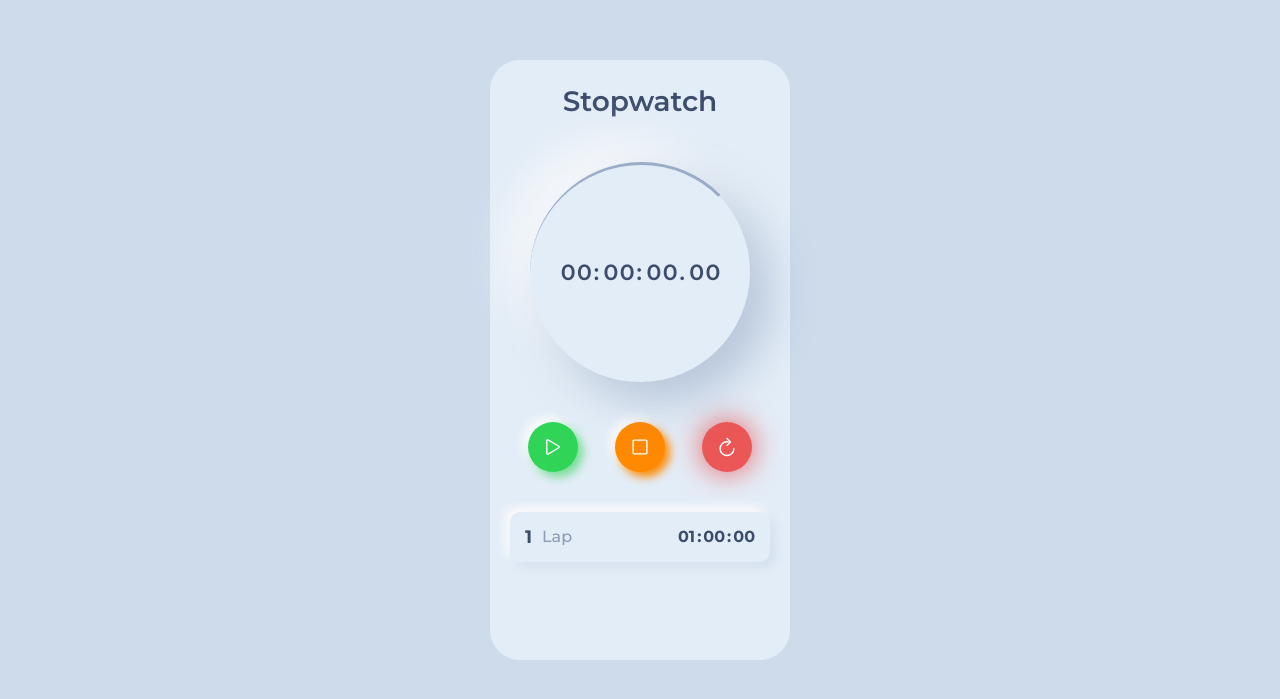
Repository: dinhtri123/stopwatch
Page: index.html
These files come from the project's save history. The page is drawn as it stood at one moment and after a run of saves; the edit follows.
The browser window is 1280 px wide. The pictures show the whole page.

Above is the page before, as saved 2023-01-05 09:51:57.

After the next 3 saves:
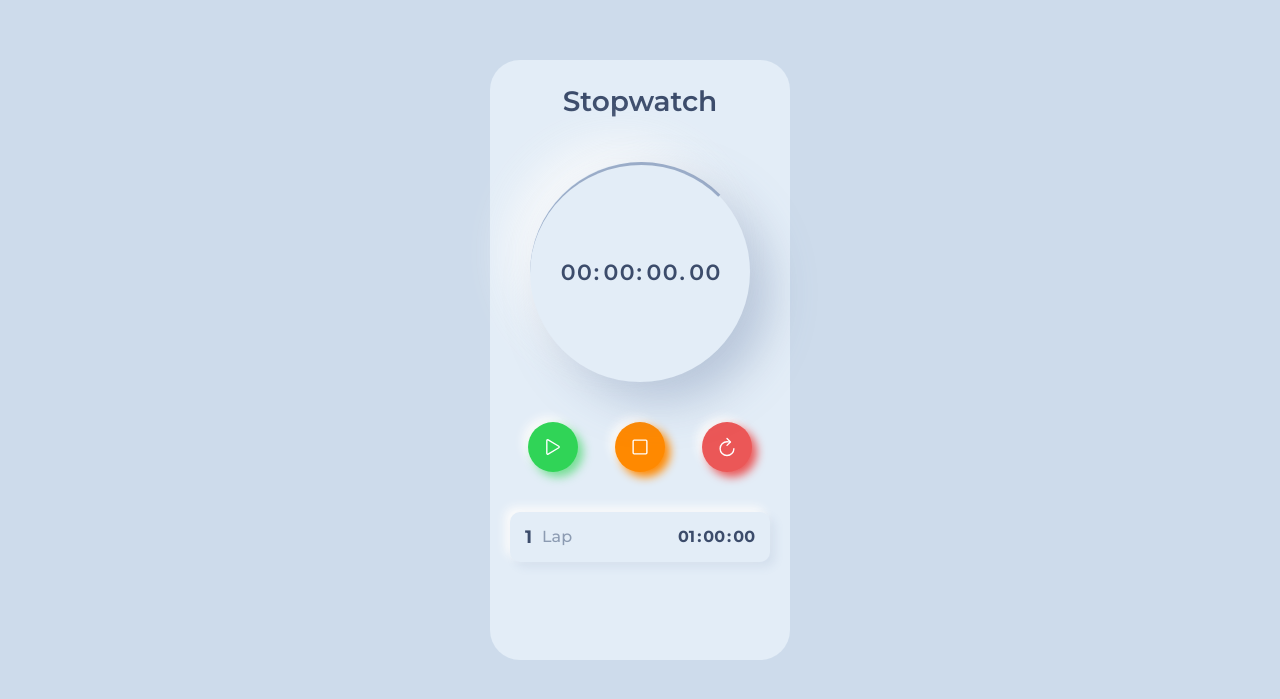
The 3 saves are shown as one change because they came seconds apart.
The last was saved 8 s later.
--- a/style.css
+++ b/style.css
@@ -108,7 +108,9 @@ button {
 }
 .btn-reset {
   background-color: #eb5757;
-  box-shadow: 0px 0px 30px #eb5757;
+  box-shadow: 5px 5px 10px #eb5757, -5px -5px 10px #fbfbfb;
+
+  /* box-shadow: 0px 0px 30px #eb5757; */
 
 
 }
